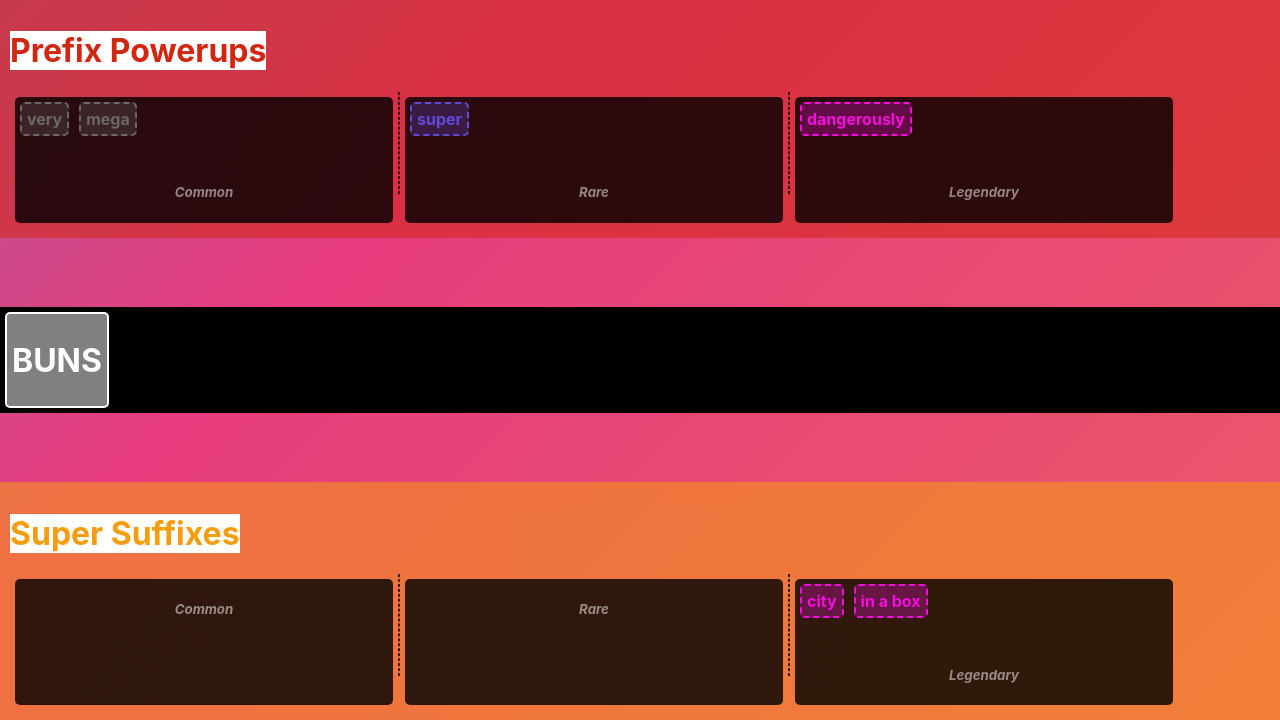
Repository: bsalgado98/buns-inator
Page: /
These files come from the project's save history. The page is drawn as it stood at one moment and after the next save; the edit follows.
The browser window is 1280 px wide. The pictures show the whole page.
The project was rebuilt for these pictures with package versions that can differ from the ones it lists, and the page was loaded fresh each time.

Above is the page before, as saved 2022-04-25 23:34:27.

After the next save:
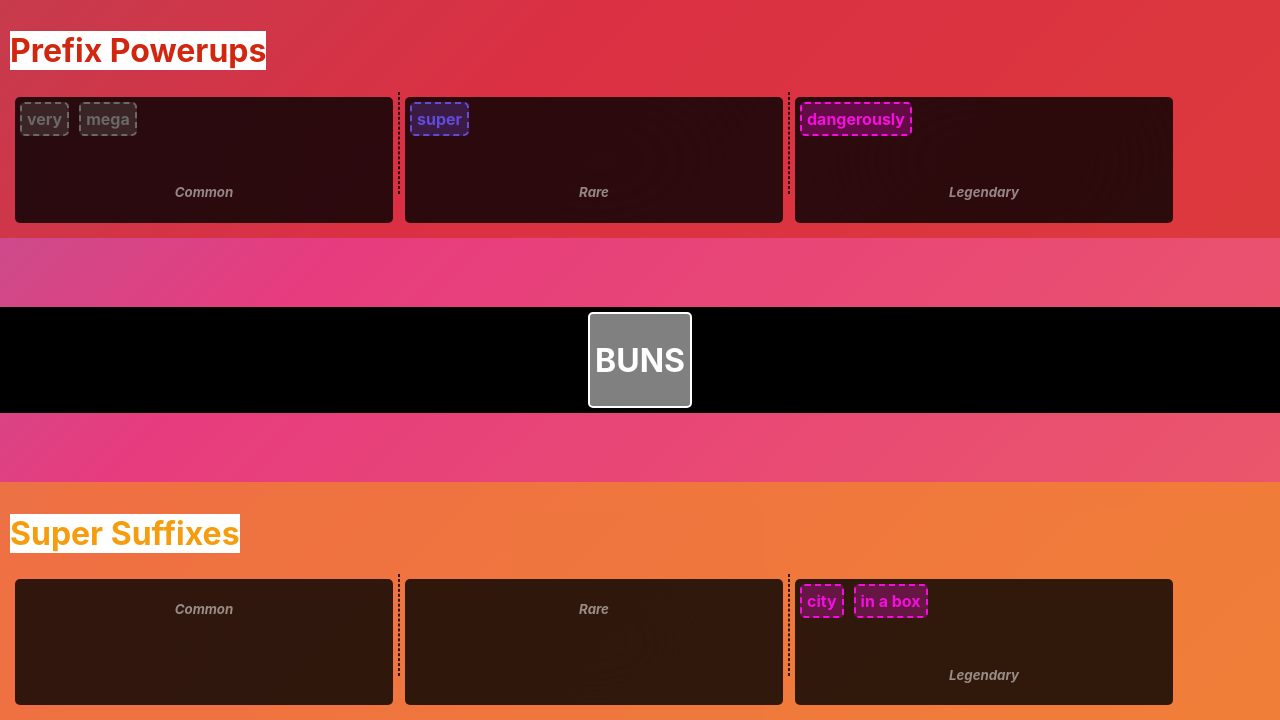
Saved 15 s later.
--- a/src/components/WordBuilder/WordBuilder.js
+++ b/src/components/WordBuilder/WordBuilder.js
@@ -7,7 +7,7 @@ const WordBuilder = () => {
                 display: 'flex',
                 background: 'black',
                 width: '100%',
-                alignContent: 'center'
+                justifyContent: 'center'
             }
         }
     }
